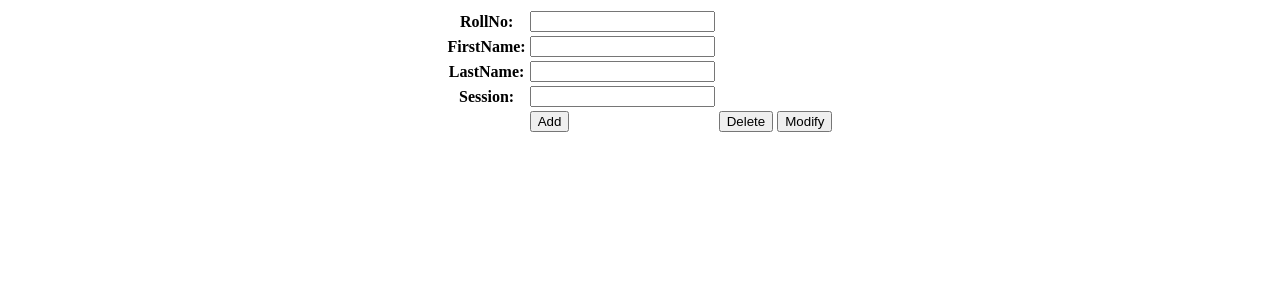
Repository: TraptiBhagat/AdvanceJava
Page: http://localhost/Student_Proj/StudentView.jsp
The author's editor kept a copy of each file at every save. The page is drawn from the files as they stood at one save, then again after the next save.
The browser window is 1280 px wide. The pictures show the whole page.
The page is served by Tomcat 9.

Above is the page before, as saved 2022-03-25 09:03:35.

After the next save:
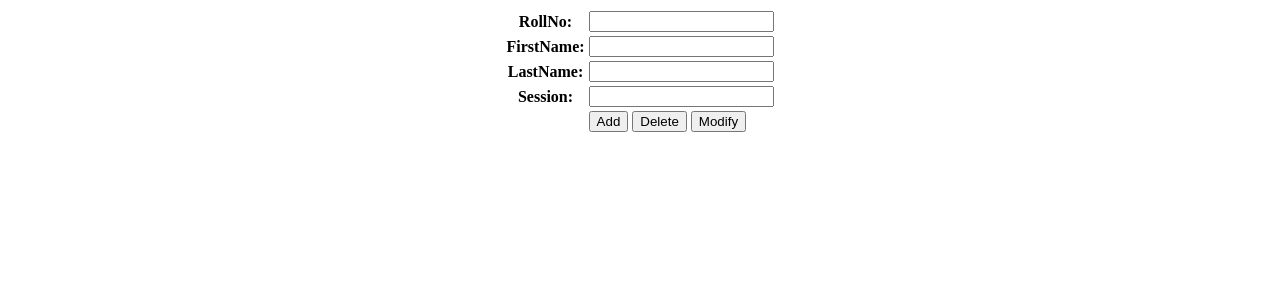
Saved 34 s later.
--- a/Advance workspace/Student_Proj/src/main/webapp/StudentView.jsp
+++ b/Advance workspace/Student_Proj/src/main/webapp/StudentView.jsp
@@ -27,18 +27,10 @@
 			</tr>
 			<tr>
 				<th></th>
-				<td><input type="submit" value="Add" name="operation"></td>
-				<td><input type="submit" value="Delete" name="operation"></td>
-				<td><input type="submit" value="Modify" name="operation"></td>
+				<td><input type="submit" value="Add" name="operation">
+					<input type="submit" value="Delete" name="operation"> <input
+					type="submit" value="Modify" name="operation"></td>
 			</tr>
-
-
-
-
-
-
-
-
 
 		</table>
 
